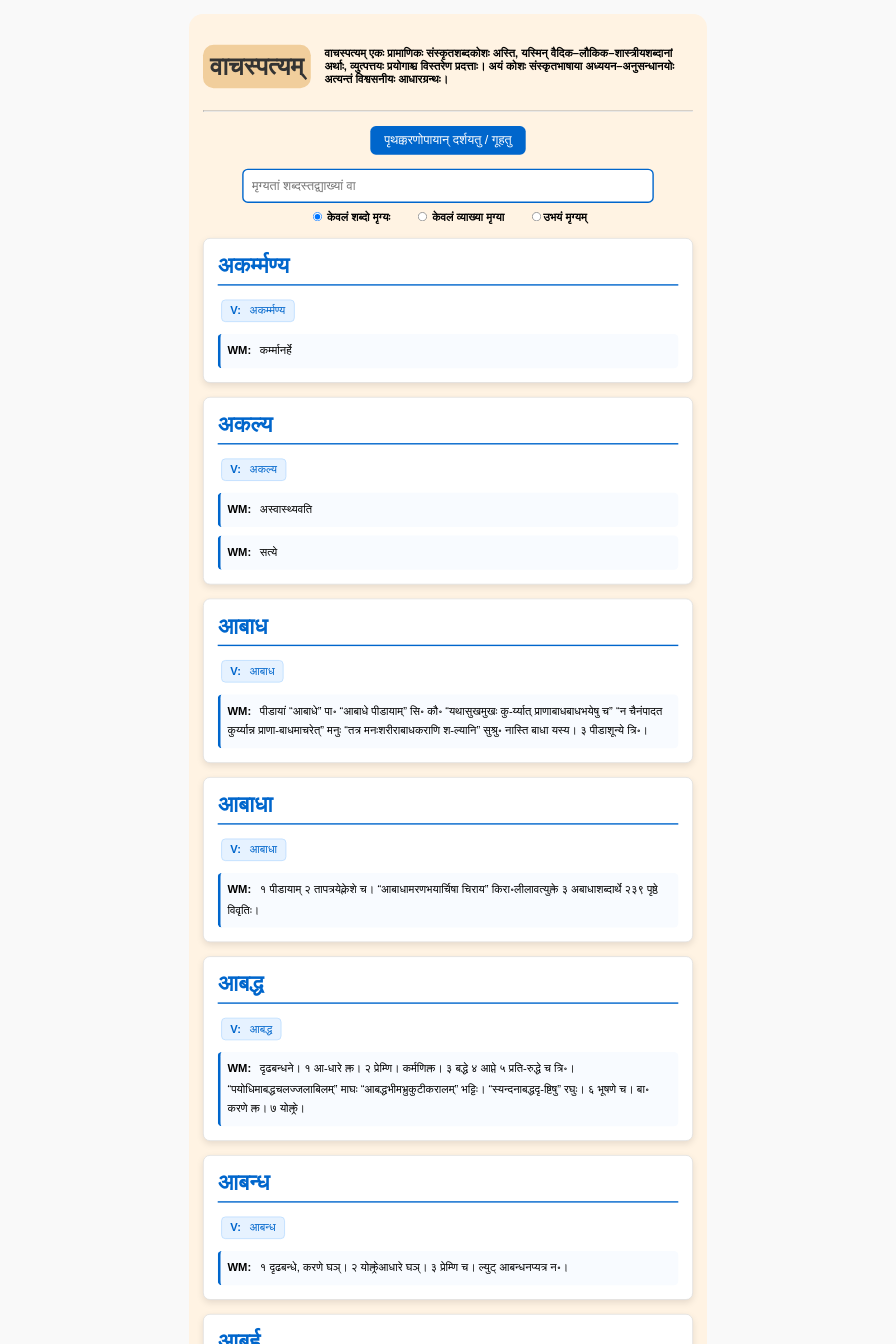
Repository: sanskritsphere/vachaspatyam-demo
Page: index.html
The author's editor kept a copy of each file at every save. The page is drawn from the files as they stood at one save, then again after the next save.
The browser window is 1280 px wide. The pictures show the part of the page from y = 0 to 1920 px (the page is 3405 px tall before and 3441 px after), at 70% of full size.

Above is the page before, as saved 2025-12-14 12:20:58.

### index.html
<!DOCTYPE html>
<html lang="sa">
<head>
    <meta charset="UTF-8">
    <meta name="viewport" content="width=device-width, initial-scale=1.0">
    <link rel="styleSheet" type="text/css" href="style.css">
    <title>वाचस्पत्यम् शब्दकोशः</title>

</head>
<body>
    <div class="container">
    <header>
        <h1>वाचस्पत्यम्</h1>
    <span class="small">वाचस्पत्यम् एकः प्रामाणिकः संस्कृतशब्दकोशः अस्ति, यस्मिन् वैदिक–लौकिक–शास्त्रीयशब्दानां अर्थाः, व्युत्पत्तयः प्रयोगाश्च विस्तरेण प्रदत्ताः।
अयं कोशः संस्कृतभाषाया अध्ययन–अनुसन्धानयोः अत्यन्तं विश्वसनीयः आधारग्रन्थः।</span>
    </header>
    <hr>
    <button id="toggleFilters">पृथक्करणोपायान् दर्शयतु / गूहतु</button>

    <div id="searchContainer">
        <input type="text" id="search" placeholder="मृग्यतां शब्दस्तद्व्याख्यां वा">
        <div class="search-options">
            <label><input type="radio" name="searchMode" value="wordOnly" checked> केवलं शब्दो मृग्यः</label>
            <label><input type="radio" name="searchMode" value="meaningOnly"> केवलं व्याख्या मृग्या</label>
            <label><input type="radio" name="searchMode" value="both">उभयं मृग्यम्</label>
        </div>
    </div>

    <div class="filters" id="filtersPanel">
        <div class="filter-group" id="startingLetterGroup">
            <label>आद्यक्षरानुक्रमेण पृथक्करणम्</label>
            <select id="startingLetterFilter">
                <option value="">सर्वाणि आद्यक्षराणि</option>
            </select>
        </div>

        <div class="filter-group" id="gcGroup">
            <label>लिङ्गशः पृथक्करणम्</label>
            <select id="gcFilter">
                <option value="">सर्वलिङ्गानि</option>
            </select>
        </div>

        <!-- टैग विज़िबिलिटी -->
        <div class="filter-group" style="grid-column: 1 / -1;" id="tagVisibilityGroup">
            <label>दर्शयितुमिष्टानि खण्डानि चिन्वीत</label>
            <div class="tag-visibility" id="tagVisibility">
                <!-- डायनामिकली जनरेट होगा -->
            </div>
        </div>

        <!-- नए टैग फ़िल्टर सेक्शन -->
        <div class="filter-group" style="grid-column: 1 / -1;" id="tagFiltersGroup">
            <label>टैग्-मूल्येन विशिष्टमानानि चीयन्ताम्</label>
            <div class="tag-filters" id="tagFilters">
                <!-- XML से सभी टैग्स के लिए डायनामिक सिलेक्ट बॉक्स जनरेट होंगे -->
            </div>
        </div>
    </div>

    <div id="results"></div>
</div>
    <script>
        let dictionary = [];
        let allTags = new Set();
        let tagValues = {}; // { tag: Set of values }
        let startingLetters = new Set();
        let gcValues = new Set();
        let currentPage = 1;
        const itemsPerPage = 25;
        // XML फ़ाइल लोड करना
        fetch('vachaspatyam.xml')
            .then(response => response.text())
            .then(xmlText => {
                const parser = new DOMParser();
                const xml = parser.parseFromString(xmlText, "application/xml");
                const entries = xml.querySelectorAll('entry');

                entries.forEach(entry => {
                    const obj = {};
                    entry.querySelectorAll('*').forEach(child => {
                        const tagName = child.tagName;
                        allTags.add(tagName);

                        if (!obj[tagName]) obj[tagName] = [];
                        const value = child.textContent.trim();
                        if (value) obj[tagName].push(value);

                        // टैग वैल्यूज़ कलेक्ट करना
                        if (!tagValues[tagName]) tagValues[tagName] = new Set();
                        tagValues[tagName].add(value);

                        // विशेष हैंडलिंग
                        if (tagName === 'V' && value) {
                            startingLetters.add(value[0]);
                        }
                        if (tagName === 'GC' && value) {
                            gcValues.add(value);
                        }
                    });
                    dictionary.push(obj);
                });

                generateDynamicFilters();
                generateTagVisibility();
                generateTagFilters(); // नया फ़ीचर
                renderEntries(dictionary);
            })
            .catch(err => {
                document.getElementById('results').innerHTML =
                    '<p class="no-results">vachaspatyam.xml इति संचिका न लब्धा। कृपया तां स्थापयतु।</p>';
                console.error(err);
            });

        function generateDynamicFilters() {
            const startingSelect = document.getElementById('startingLetterFilter');
            [...startingLetters].sort().forEach(letter => {
                const opt = document.createElement('option');
                opt.value = letter;
                opt.textContent = letter;
                startingSelect.appendChild(opt);
            });

            const gcSelect = document.getElementById('gcFilter');
            [...gcValues].sort().forEach(gc => {
                const opt = document.createElement('option');
                opt.value = gc;
                opt.textContent = gc;
                gcSelect.appendChild(opt);
            });
        }

        function generateTagVisibility() {
            const container = document.getElementById('tagVisibility');
            container.innerHTML = '';
            [...allTags].sort().forEach(tag => {
                const label = document.createElement('label');
                const checkbox = document.createElement('input');
                checkbox.type = 'checkbox';
                checkbox.id = 'show' + tag;
                checkbox.checked = tag === 'V' || tag === 'WM'; // डिफ़ॉल्ट V और WM दिखाएँ
                label.appendChild(checkbox);
                label.appendChild(document.createTextNode(' ' + tag));
                container.appendChild(label);
            });
        }

        function generateTagFilters() {
            const container = document.getElementById('tagFilters');
            container.innerHTML = '';
            [...allTags].sort().forEach(tag => {
                if (tag === 'V') return; // V के लिए पहले से आदि अक्षर फ़िल्टर है

                const group = document.createElement('div');
                group.className = 'filter-group';

                const label = document.createElement('label');
                label.textContent = `${tag} मूल्येन पृथक्करोतु`;
                group.appendChild(label);

                const select = document.createElement('select');
                select.id = 'filter_' + tag;
                select.innerHTML = '<option value="">सर्वाणि</option>';

                // टैग के सभी यूनिक वैल्यूज़ जोड़ना
                [...tagValues[tag]].sort().forEach(val => {
                    const opt = document.createElement('option');
                    opt.value = val;
                    opt.textContent = val;
                    select.appendChild(opt);
                });

                group.appendChild(select);
                container.appendChild(group);
            });
        }

        function getMeaningText(entry) {
            let text = '';
            Object.keys(entry).forEach(key => {
                if (key !== 'V') {
                    text += entry[key].join(' ') + ' ';
                }
            });
            return text;
        }

        function renderEntries(entries) {
            const resultsDiv = document.getElementById('results');
            resultsDiv.innerHTML = '';
            if (entries.length === 0) {
                resultsDiv.innerHTML = '<p class="no-results">कश्चन शब्दो न लब्धः। कृपया मृग्यपदं परिवर्तयतु।</p>';
                return;
            }

            entries.forEach(entry => {
                const div = document.createElement('div');
                div.className = 'entry';
                div.innerHTML = `<h3>${entry.V ? entry.V[0] : 'अज्ञातः'}</h3>`;

                const tagsDiv = document.createElement('div');

                allTags.forEach(tag => {
                    const checkbox = document.getElementById('show' + tag);
                    if (checkbox && checkbox.checked && entry[tag]) {
                        entry[tag].forEach(value => {
                            if (tag === 'WM' || tag === 'EXP') {
                                tagsDiv.innerHTML += `<div class="content"><span class="tag-name">${tag}:</span> ${value}</div>`;
                            } else {
                                tagsDiv.innerHTML += `<span class="tag"><span class="tag-name">${tag}:</span> ${value}</span>`;
                            }
                        });
                    }
                });

                div.appendChild(tagsDiv);
                resultsDiv.appendChild(div);
            });
        }

        function filterEntries() {
            let filtered = dictionary;

            const query = document.getElementById('search').value.trim();
            const searchMode = document.querySelector('input[name="searchMode"]:checked').value;

            if (query) {
                if (searchMode === 'wordOnly') {
                    filtered = filtered.filter(entry => entry.V && entry.V.some(v => v.includes(query)));
                } else if (searchMode === 'meaningOnly') {
                    filtered = filtered.filter(entry => getMeaningText(entry).includes(query));
                } else {
                    filtered = filtered.filter(entry =>
                        (entry.V && entry.V.some(v => v.includes(query))) ||
                        getMeaningText(entry).includes(query)
                    );
                }
            }

            const startingLetter = document.getElementById('startingLetterFilter').value;
            if (startingLetter) {
                filtered = filtered.filter(entry => entry.V && entry.V[0].startsWith(startingLetter));
            }

            const gc = document.getElementById('gcFilter').value;
            if (gc) {
                filtered = filtered.filter(entry => entry.GC && entry.GC.includes(gc));
            }

            // सभी टैग फ़िल्टर्स
            allTags.forEach(tag => {
                const select = document.getElementById('filter_' + tag);
                if (select && select.value) {
                    const filterValue = select.value;
                    filtered = filtered.filter(entry =>
                        entry[tag] && entry[tag].includes(filterValue)
                    );
                }
            });

            renderEntries(filtered);
        }

        // टॉगल बटन
        document.getElementById('toggleFilters').addEventListener('click', () => {
            const panel = document.getElementById('filtersPanel');
            panel.style.display = (panel.style.display === 'none' || panel.style.display === '') ? 'grid' : 'none';
        });

    function generateTagVisibility() {
    const container = document.getElementById('tagVisibility');
    container.innerHTML = '';

    // टैग नेम → संस्कृत में पूरा लेबल (विवरण)
    const tagLabels = {
        V:    "शब्दः (Vocable)",
        GC:   "लिङ्गम् (Grammatical Category)",
        GR:   "व्युत्पत्तिः (Grammar & Root)",
        ET:   "व्युत्पत्ति-विवरणम् (Etymology)",
        EXP:  "व्याख्या (Explanation)",
        CA:   "समास-विश्लेषणम् (Compound Analysis)",
        CT:   "उद्धरणम् (Citation Text)",
        RM:   "सन्दर्भः (Reference Mode)",
        WM:   "मुख्यार्थः (Word Meaning)"
        // यदि भविष्य में नया टैग जोड़ा जाए तो यहाँ उसका विवरण जोड़ सकते हैं
    };

    [...allTags].sort().forEach(tag => {
        const label = document.createElement('label');
        const checkbox = document.createElement('input');
        checkbox.type = 'checkbox';
        checkbox.id = 'show' + tag;
        // डिफ़ॉल्ट: V और WM हमेशा चेक रहें
        checkbox.checked = (tag === 'V' || tag === 'WM');

        label.appendChild(checkbox);
        // विवरण यदि उपलब्ध हो तो दिखाएँ, अन्यथा केवल टैग नेम
        const displayText = tagLabels[tag] || tag;
        label.appendChild(document.createTextNode(' ' + displayText));

        container.appendChild(label);
    });
}



        // सभी इवेंट्स
        document.getElementById('search').addEventListener('input', filterEntries);
        document.querySelectorAll('input[name="searchMode"]').forEach(radio => radio.addEventListener('change', filterEntries));
        document.getElementById('startingLetterFilter').addEventListener('change', filterEntries);
        document.getElementById('gcFilter').addEventListener('change', filterEntries);
        document.getElementById('filtersPanel').addEventListener('change', filterEntries); // सभी सिलेक्ट और चेकबॉक्स
    </script>
</body>
</html>

### style.css

        body {
            font-family: 'Sanskrit Text', 'Arial Unicode MS', Arial, sans-serif;
            margin: 20px;
            background-color: #f9f9f9;
            direction: ltr;
        }
        .container{
            width: 100%;
            max-width: 700px;
            margin: auto;
            background-color: #fff3e3;
            padding: 20px;
            border-radius: 20px;
        }
        header{
            display: flex;
            justify-content: center;
            align-items: center;
            gap: 20px;
        }

       header h1 {
            text-align: center;
            color: #333;
            font-size: 36px;
            background-color: #f1ce9c;
            padding: 10px;
            border-radius: 15px;
        }
       header .small{
            font-weight: 700;

        }
        #toggleFilters {
            display: block;
            margin: 20px auto;
            padding: 10px 20px;
            font-size: 18px;
            background: #0066cc;
            color: white;
            border: none;
            border-radius: 8px;
            cursor: pointer;
        }
        #toggleFilters:hover {
            background: #0055aa;
        }
        #searchContainer {
            margin-bottom: 20px;
            text-align: center;
        }
        #search {
            width: 80%;
            max-width: 600px;
            padding: 12px;
            font-size: 18px;
            border: 2px solid #0066cc;
            border-radius: 8px;
        }
        .search-options {
            margin-top: 10px;
        }
        .search-options label {
            margin: 0 15px;
            font-weight: bold;
            font-size: 16px;
        }
        .filters {
            margin-bottom: 30px;
            padding: 15px;
            background: #fff;
            border: 1px solid #ddd;
            border-radius: 10px;
            box-shadow: 0 4px 10px rgba(0,0,0,0.1);
            display: grid;
            grid-template-columns: repeat(auto-fit, minmax(300px, 1fr));
            gap: 20px;
            display: none; /* शुरू में छिपा */
        }
        .filter-group {
            display: flex;
            flex-direction: column;
        }
        .filter-group label {
            font-weight: bold;
            margin-bottom: 8px;
            color: #333;
            font-size: 18px;
        }
        .filter-group select {
            padding: 8px;
            border-radius: 6px;
            border: 1px solid #ccc;
            font-size: 16px;
            max-width: 300px;
        }
        .tag-visibility {
            display: grid;
            grid-template-columns: repeat(auto-fill, minmax(180px, 1fr));
            gap: 10px;
            margin-top: 10px;
        }
        .tag-visibility label {
            font-weight: normal;
            display: flex;
            align-items: center;
            font-size: 16px;
        }
        .tag-visibility input[type="checkbox"] {
            margin-right: 8px;
        }
        .tag-filters {
            display: grid;
            grid-template-columns: repeat(auto-fill, minmax(250px, 1fr));
            gap: 15px;
            margin-top: 15px;
            padding: 10px;
            background: #f0f8ff;
            border-radius: 8px;
        }
        #results {
            display: grid;
            gap: 20px;
        }
        .entry {
            background: white;
            padding: 20px;
            border: 1px solid #ddd;
            border-radius: 10px;
            box-shadow: 0 4px 10px rgba(0,0,0,0.1);
        }
        .entry h3 {
            margin: 0 0 15px 0;
            color: #0066cc;
            font-size: 32px;
            border-bottom: 2px solid #0066cc;
            padding-bottom: 8px;
        }
        .tag {
            display: inline-block;
            background: #e6f2ff;
            color: #0066cc;
            padding: 6px 12px;
            margin: 5px;
            border-radius: 6px;
            font-size: 16px;
            border: 1px solid #b3d9ff;
        }
        .tag-name {
            font-weight: bold;
            margin-right: 8px;
        }
        .content {
            margin-top: 12px;
            line-height: 1.8;
            background: #f8fbff;
            padding: 10px;
            border-radius: 6px;
            border-left: 4px solid #0066cc;
            font-size: 16px;
        }
        .no-results {
            text-align: center;
            color: #888;
            font-size: 22px;
            padding: 40px;
        }
        @media (max-width: 768px) {
            .filters {
                grid-template-columns: 1fr;
            }
            .tag-visibility, .tag-filters {
                grid-template-columns: 1fr;
            }
            #search {
                width: 100%;
            }
        }

After the next save:
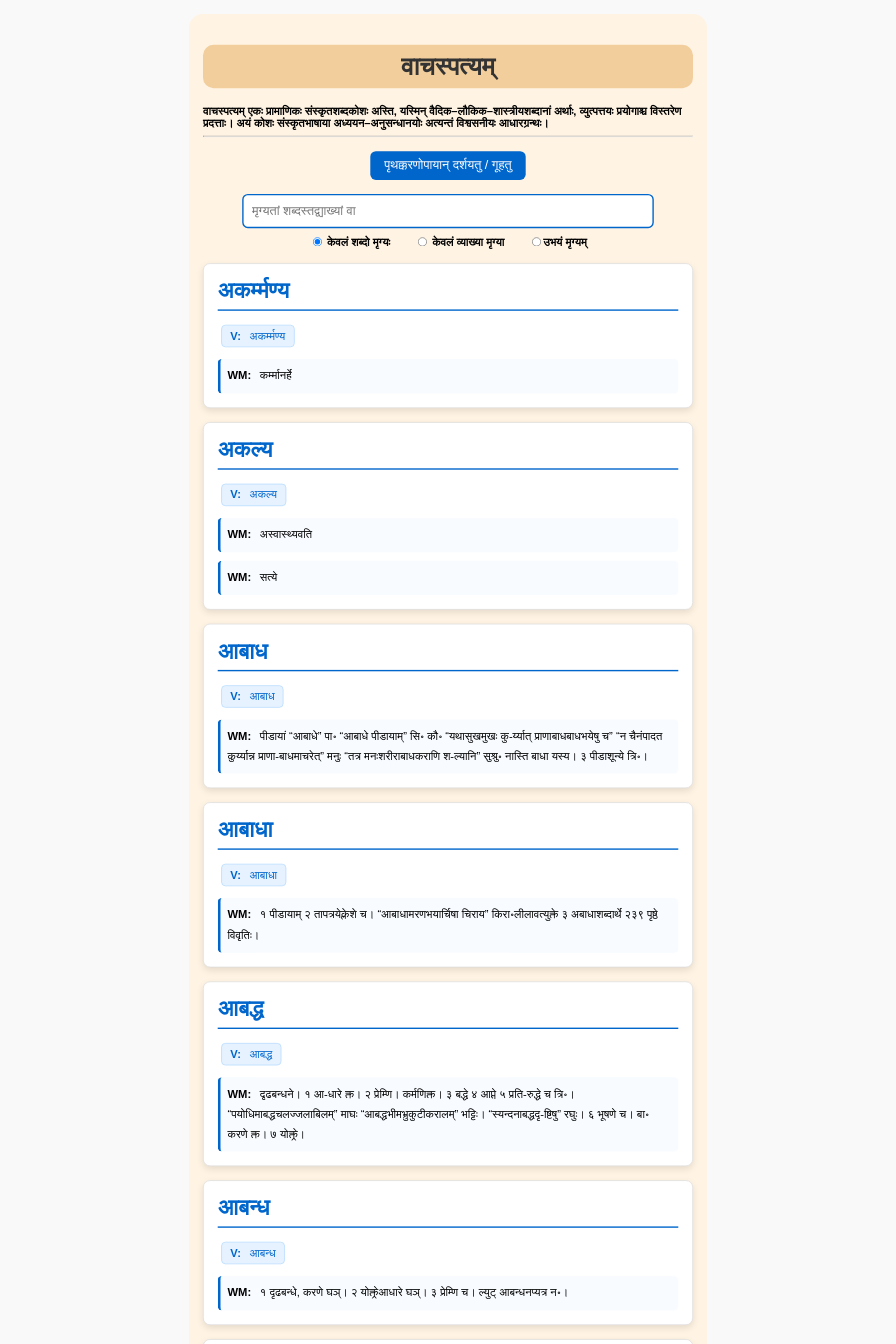
Saved 2 min 46 s later.
--- a/style.css
+++ b/style.css
@@ -14,7 +14,7 @@
             border-radius: 20px;
         }
         header{
-            display: flex;
+            display: block;
             justify-content: center;
             align-items: center;
             gap: 20px;
